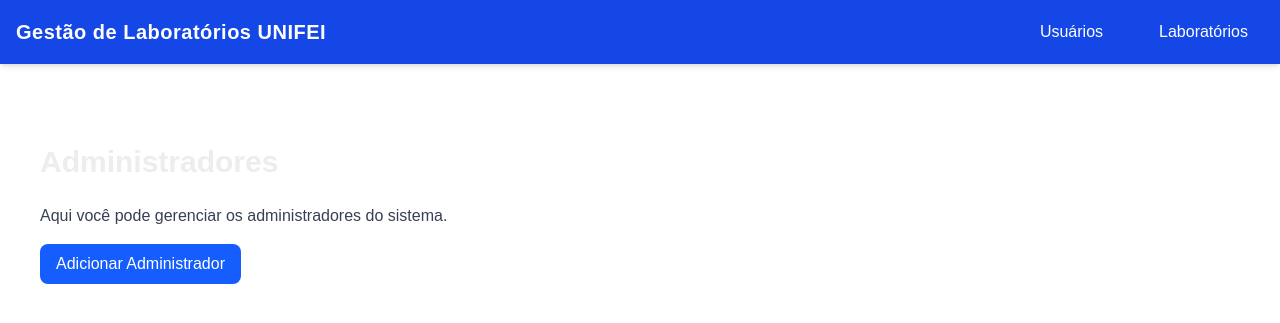
Repository: fabianosevla/gestao-labs
Page: /user/admins (app in lab-management-system/)
The author's editor kept a copy of each file at every save. The page is drawn from the files as they stood at one save, then again after the next save.
The browser window is 1280 px wide. The pictures show the whole page.
The project was rebuilt for these pictures with package versions that can differ from the ones it lists, and the page was loaded fresh each time. The framework's server and built-in components were replaced by stand-ins that run in the browser. Also part of the build but not shown: lab-management-system/next.config.mjs.

Above is the page before, as saved 2025-05-05 20:46:03.

After the next save:
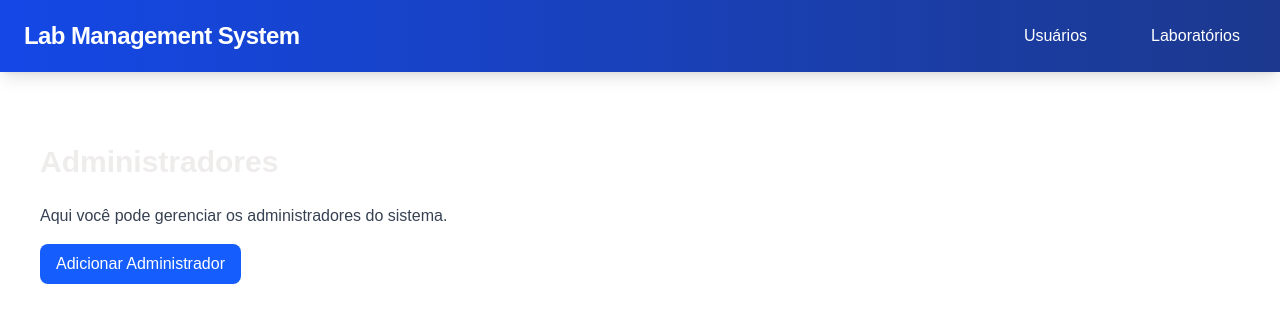
Saved 2 min 43 s later.
--- a/lab-management-system/components/Navbar.js
+++ b/lab-management-system/components/Navbar.js
@@ -15,37 +15,37 @@ export default function Navbar() {
     if (isLoginPage) return null;
 
     return (
-        <nav className="bg-blue-700 text-white shadow-md fixed top-0 left-0 w-full z-50">
-            <div className="max-w-7xl mx-auto px-4 py-3 flex justify-between items-center">
-                <h1 className="text-xl font-semibold tracking-wide">Gestão de Laboratórios UNIFEI</h1>
-                <div className="flex space-x-6">
+        <nav className="bg-gradient-to-r from-blue-700 to-blue-900 text-white shadow-lg fixed top-0 left-0 w-full z-50">
+            <div className="max-w-7xl mx-auto px-6 py-4 flex justify-between items-center">
+                <h1 className="text-2xl font-bold tracking-tight">Lab Management System</h1>
+                <div className="flex space-x-8">
                     {/* Usuários */}
                     <div className="relative group">
-                        <button className="px-4 py-2 rounded-lg hover:bg-blue-800 transition duration-300 ease-in-out">
+                        <button className="px-4 py-2 rounded-xl hover:bg-blue-800 transition duration-300 ease-in-out font-medium">
                             Usuários
                         </button>
-                        <div className="absolute left-0 mt-1 w-40 bg-white text-gray-800 rounded-lg shadow-xl opacity-0 group-hover:opacity-100 group-hover:translate-y-0 transform -translate-y-2 transition-all duration-300 ease-in-out z-10">
-                            <Link href="/users/visitors" className="block px-4 py-2 hover:bg-blue-50 rounded-t-lg">Visitantes</Link>
-                            <Link href="/users/admins" className="block px-4 py-2 hover:bg-blue-50 rounded-b-lg">Admin</Link>
+                        <div className="absolute left-0 mt-2 w-48 bg-white text-gray-800 rounded-xl shadow-2xl opacity-0 group-hover:opacity-100 group-hover:translate-y-0 transform -translate-y-3 transition-all duration-300 ease-in-out z-10">
+                            <Link href="/users/visitors" className="block px-5 py-3 hover:bg-blue-100 rounded-t-xl transition duration-200">Visitantes</Link>
+                            <Link href="/users/admins" className="block px-5 py-3 hover:bg-blue-100 rounded-b-xl transition duration-200">Admin</Link>
                         </div>
                     </div>
 
                     {/* Laboratórios */}
                     <div className="relative group">
-                        <button className="px-4 py-2 rounded-lg hover:bg-blue-800 transition duration-300 ease-in-out">
+                        <button className="px-4 py-2 rounded-xl hover:bg-blue-800 transition duration-300 ease-in-out font-medium">
                             Laboratórios
                         </button>
-                        <div className="absolute left-0 mt-1 w-40 bg-white text-gray-800 rounded-lg shadow-xl opacity-0 group-hover:opacity-100 group-hover:translate-y-0 transform -translate-y-2 transition-all duration-300 ease-in-out z-10">
+                        <div className="absolute right-0 mt-2 w-48 bg-white text-gray-800 rounded-xl shadow-2xl opacity-0 group-hover:opacity-100 group-hover:translate-y-0 transform -translate-y-3 transition-all duration-300 ease-in-out z-10">
                             <div className="relative group/sub">
-                                <button className="block px-4 py-2 hover:bg-blue-50 w-full text-left">
+                                <button className="block px-5 py-3 hover:bg-blue-100 w-full text-left transition duration-200">
                                     Hardware
                                 </button>
-                                <div className="absolute left-40 top-0 w-40 bg-white text-gray-800 rounded-lg shadow-xl opacity-0 group-hover/sub:opacity-100 group-hover/sub:translate-x-0 transform -translate-x-2 transition-all duration-300 ease-in-out z-10">
-                                    <Link href="/labs/hardware/micro" className="block px-4 py-2 hover:bg-blue-50 rounded-t-lg">Micro</Link>
-                                    <Link href="/labs/hardware/macro" className="block px-4 py-2 hover:bg-blue-50 rounded-b-lg">Macro</Link>
+                                <div className="absolute right-48 top-0 w-48 bg-white text-gray-800 rounded-xl shadow-2xl opacity-0 group-hover/sub:opacity-100 group-hover/sub:translate-x-0 transform translate-x-3 transition-all duration-300 ease-in-out z-10">
+                                    <Link href="/labs/hardware/micro" className="block px-5 py-3 hover:bg-blue-100 rounded-t-xl transition duration-200">Micro</Link>
+                                    <Link href="/labs/hardware/macro" className="block px-5 py-3 hover:bg-blue-100 rounded-b-xl transition duration-200">Macro</Link>
                                 </div>
                             </div>
-                            <Link href="/labs/software" className="block px-4 py-2 hover:bg-blue-50 rounded-b-lg">Software</Link>
+                            <Link href="/labs/software" className="block px-5 py-3 hover:bg-blue-100 rounded-b-xl transition duration-200">Software</Link>
                         </div>
                     </div>
                 </div>
